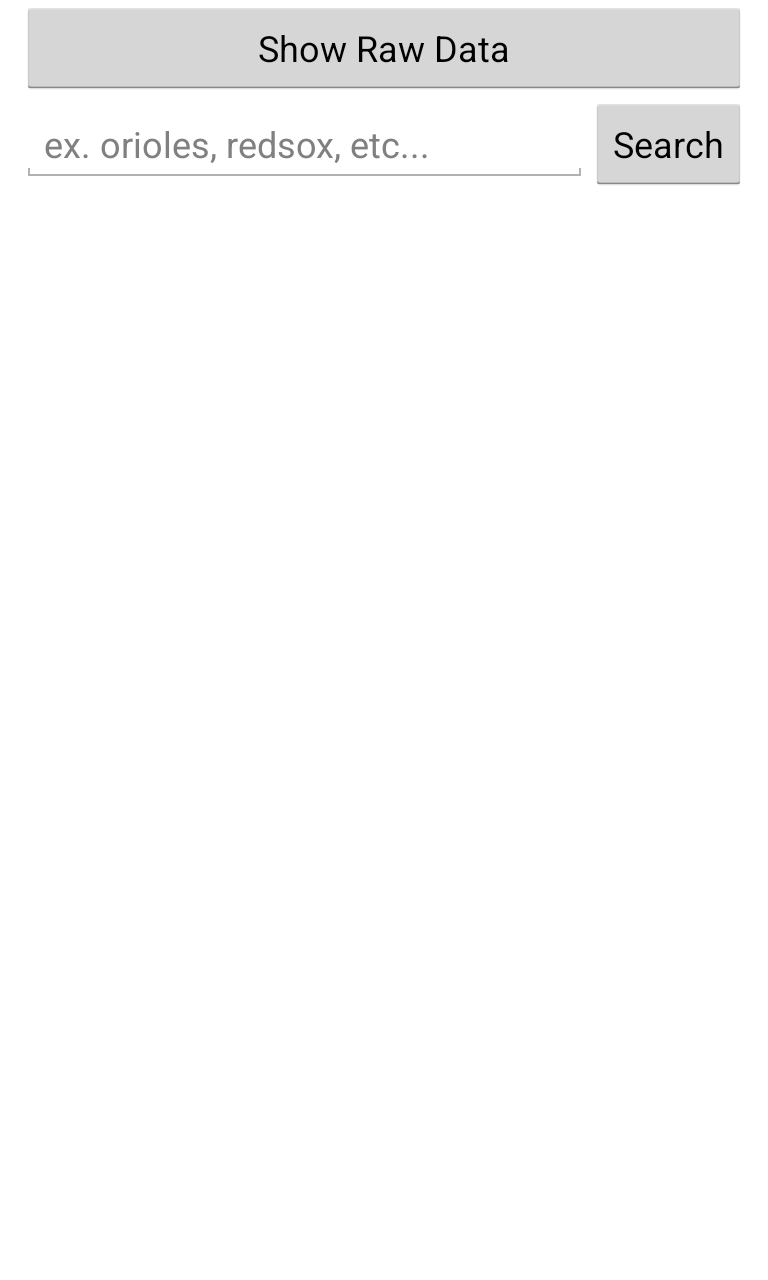
Repository: jemcphe/java1
Layout: teamG.M./TeamGM/res/layout/applayout.xml
An editor plug-in stored every save of this project. The layout is shown before and after the next save, followed by the edit.
It is drawn on a 768 x 1280 px phone screen (xhdpi) without system bars, with theme AppTheme; the app's code is not run.

Above is the layout before, as saved 2013-05-27 00:05:32.

### teamG.M./TeamGM/res/layout/applayout.xml
<?xml version="1.0" encoding="utf-8"?>
<LinearLayout xmlns:android="http://schemas.android.com/apk/res/android"
    android:layout_width="fill_parent"
    android:layout_height="fill_parent"
    android:paddingLeft="10dp"
    android:paddingRight="10dp"
    android:orientation="vertical" >

    <Button
        android:id="@+id/dataButton"
        android:layout_width="match_parent"
        android:layout_height="wrap_content"
        android:text="@string/show_raw_data" />

    <LinearLayout
        android:id="@+id/searchLayout"
        android:layout_width="fill_parent"
        android:layout_height="wrap_content"
        android:orientation="horizontal" >

        <EditText
            android:id="@+id/searchField"
            android:layout_width="wrap_content"
            android:layout_height="wrap_content"
            android:layout_weight="1"
            android:hint="ex. orioles, redsox, etc..." />

        <Button
            android:id="@+id/searchButton"
            android:layout_width="wrap_content"
            android:layout_height="wrap_content"
            android:text="@string/search" />
    </LinearLayout>

</LinearLayout>

### teamG.M./TeamGM/res/values/strings.xml
<?xml version="1.0" encoding="utf-8"?>
<resources>

    <string name="app_name">Team GM</string>
    <string name="action_settings">Settings</string>
    <string name="hello_world">Hello world!</string>
    <string name="show_raw_data">Show Raw Data</string>
    <string name="search_for_a_team_to_display_and_store_data">Search For A Team To Display And Store Data</string>
    <string name="search_hint">ex. orioles, redsox, etc...</string>
    <string name="go">GO</string>
    <string name="search">Search</string>

</resources>

Loaded but not shown: teamG.M./TeamGM/res/values/styles.xml (common file); teamG.M./TeamGM/res/values-v11/styles.xml (common file); teamG.M./TeamGM/res/values-v14/styles.xml (common file)

After the next save:
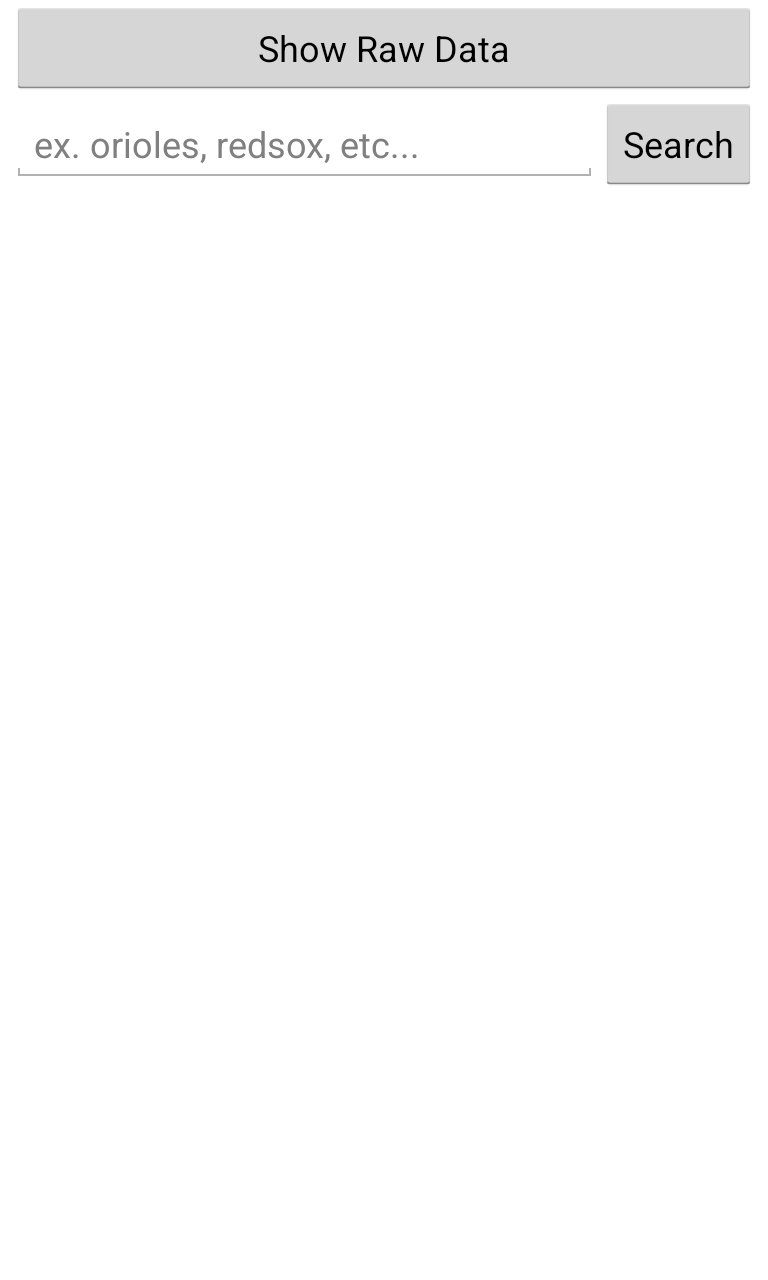
Saved 15 s later.
--- a/teamG.M./TeamGM/res/layout/applayout.xml
+++ b/teamG.M./TeamGM/res/layout/applayout.xml
@@ -2,8 +2,8 @@
 <LinearLayout xmlns:android="http://schemas.android.com/apk/res/android"
     android:layout_width="fill_parent"
     android:layout_height="fill_parent"
-    android:paddingLeft="10dp"
-    android:paddingRight="10dp"
+    android:paddingLeft="5dp"
+    android:paddingRight="5dp"
     android:orientation="vertical" >
 
     <Button
